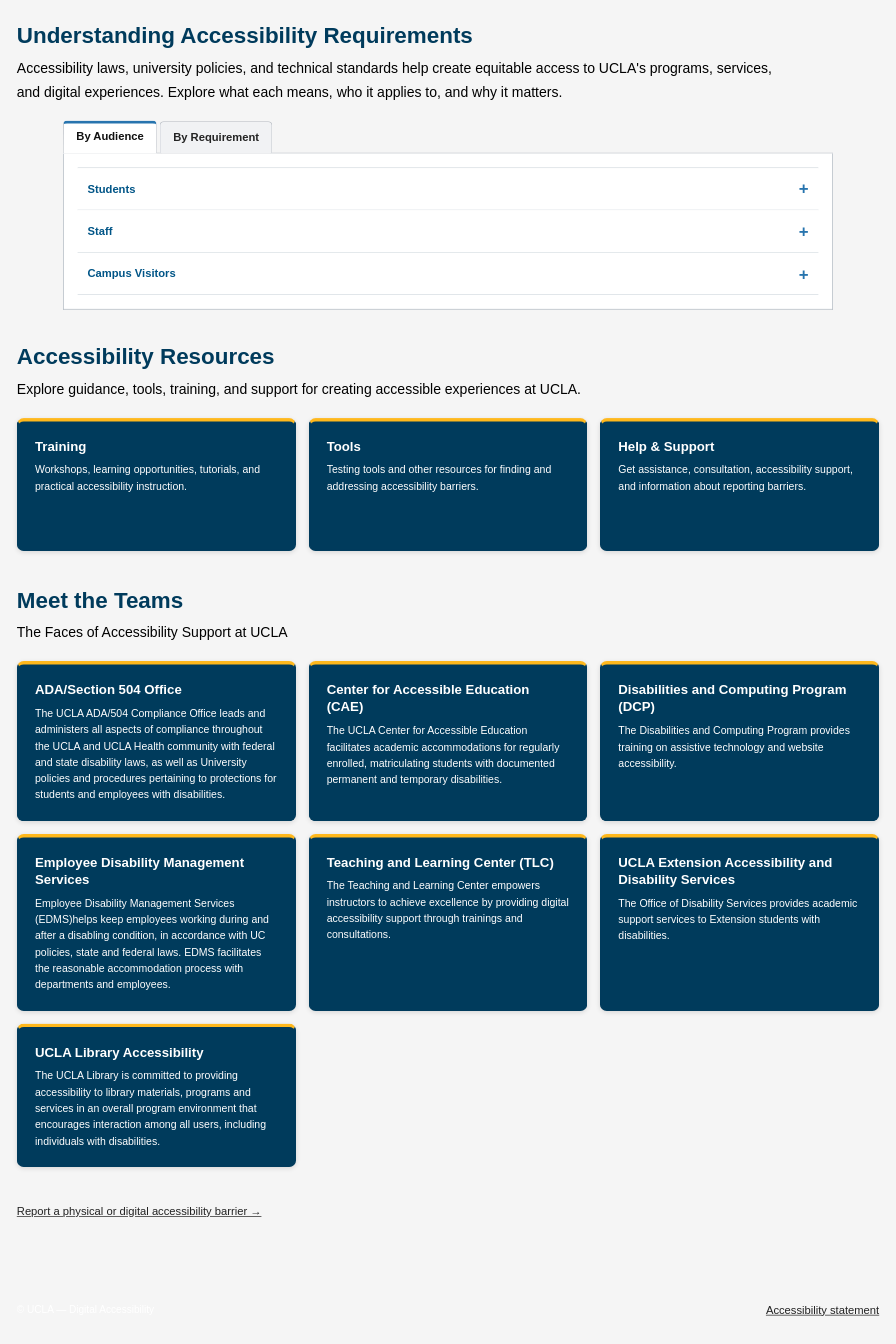
Repository: PSunnywell/UCLA-A11y-barrier-page
Page: index.html
An editor plug-in stored every save of this project. The page is shown before and after the next save, followed by the edit.
The browser window is 1280 px wide. The pictures show the part of the page from y = 695 to 2615 px (the page is 2615 px tall), at 70% of full size.

Above is the page before, as saved 2026-10-13 19:48:57.
Not found: search.js

### index.html
<!DOCTYPE html>
<html lang="en">
<head>
  <meta charset="UTF-8">
  <meta name="viewport" content="width=device-width, initial-scale=1.0">
  <meta name="description" content="Accessibility Resources for UCLA">
  <title>Accessibility Resources</title>
  <link rel="stylesheet" href="styles3.css">
  <style>
    /* Classic attached tabs, styled to match the reference image. */
    .requirements-tabs { max-width: 1100px; margin: 1.5rem auto 3rem; font-family: inherit; }
    .requirements-tablist { display: flex; align-items: flex-end; flex-wrap: wrap; gap: 4px; padding: 0; border-bottom: 1px solid #aeb6bf; }
    .requirements-tab { appearance: none; border: 1px solid #b5bac1; border-bottom: 0; border-radius: 6px 6px 0 0; background: #f1f2f4; color: #242424; font: inherit; font-weight: 600; font-size: 1rem; line-height: 1.3; padding: 12px 18px; margin: 0 0 -1px; cursor: pointer; }
    .requirements-tab[aria-selected="true"] { background: #fff; color: #111; border-top: 4px solid #2774ae; padding-top: 9px; border-bottom: 1px solid #fff; position: relative; z-index: 1; }
    .requirements-tab:hover:not([aria-selected="true"]) { background: #e5edf4; }
    .requirements-tab:focus-visible { outline: 3px solid #005587; outline-offset: 2px; z-index: 2; }
    .requirements-tabs > .requirements-panel { border: 1px solid #aeb6bf; border-top: 0; padding: 20px; background: #fff; }
    /* Simple accordion rows inside each top-level tab. */
    .requirements-accordion { border-bottom: 1px solid #c9d1d8; }
    .requirements-accordion:first-child { border-top: 1px solid #c9d1d8; }
    .requirements-accordion summary { cursor: pointer; list-style: none; display: flex; align-items: center; justify-content: space-between; gap: 1rem; padding: 17px 14px; font-weight: 600; color: #005587; background: #fff; }
    .requirements-accordion summary::-webkit-details-marker { display: none; }
    .requirements-accordion summary::after { content: "+"; font-size: 1.5rem; line-height: 1; color: #2774ae; }
    .requirements-accordion[open] summary::after { content: "−"; }
    .requirements-accordion summary:hover { background: #f3f8fc; }
    .requirements-accordion summary:focus-visible { outline: 3px solid #005587; outline-offset: -3px; }
    .requirements-accordion-content { padding: 0 14px 16px; }
    .requirements-panel[hidden] { display: none; }
    .requirements-panel p { line-height: 1.65; max-width: 72ch; margin: 0 0 .8rem; }
    .requirements-panel h3 { color: #005587; margin: 0 0 .65rem; font-size: 1.2rem; }
    @media (max-width: 600px) { .requirements-tab { padding: 10px 12px; font-size: .9rem; } .requirements-tab[aria-selected="true"] { padding-top: 7px; } .requirements-tabs > .requirements-panel { padding: 14px; } }
  </style>
</head>
<body>
  <a class="skip-link" href="#main-content">Skip to main content</a>

  <header class="site-header">
    <div class="header-inner">
      <a class="site-brand" href="ucla.edu" aria-label="UCLA home">
        <img class="site-brand-logo" src="images/logo_UCLA_blue_boxed.png" alt="UCLA">

      </a>
      <nav class="primary-nav" aria-label="Primary navigation">

        <ul>
          <li><a href="https://newsroom.ucla.edu/">Newsroom</a></li>
          <li><a href="training.html">Training</a></li>
          <li><a href="contact.html">Contact</a></li>
        </ul>
      </nav>
    </div>

    <div class="site-search-row">
      <search class="site-search" role="search">
        <form action="search.html" method="get">
          <label for="site-search-input">Search the site</label>
          <input id="site-search-input" name="q" type="search" placeholder="Search the site" autocomplete="off">
          <button type="submit">Search</button>
        </form>
      </search>
    </div>
  </header>


  <!-- =======================================================
       HERO
       ======================================================= -->

  <section class="hero" aria-labelledby="page-title">

    <div class="hero-inner">

            <h1 id="page-title">
       Building a More Accessible Community
      </h1>

      <p>At UCLA, accessibility is essential to creating a community where everyone feels welcome, respected, and empowered to participate fully.</p>

<p>Guided by our True Bruin Value of Belonging, we strive to build an inclusive environment that recognizes and respects the diverse identities, experiences, and abilities of our campus community. Accessibility goes beyond removing barriers and meeting legal requirements. It is about creating meaningful opportunities for everyone to learn, work, connect, and thrive.</p>

<p>Through our shared commitment to accessibility, we help build a UCLA where everyone has the opportunity to participate, contribute, and belong.</p>


    </div>

  </section>


  <!-- =======================================================
       MAIN
       ======================================================= -->

  <main id="main-content">


    <!-- =====================================================
         PRIMARY RESOURCE CARDS
         ===================================================== -->

    <section aria-labelledby="requirements-heading">

      <div class="section-heading">
        <h2 id="requirements-heading">Understanding Accessibility Requirements</h2>
        <p>Accessibility laws, university policies, and technical standards help create equitable access to UCLA's programs, services, and digital experiences. Explore what each means, who it applies to, and why it matters.</p>
      </div>

      <!-- Two main tabs; each contains three native HTML accordions. -->
      <div class="requirements-tabs">
        <div class="requirements-tablist" role="tablist" aria-label="Browse accessibility requirements">
          <button type="button" class="requirements-tab" id="tab-audience" role="tab" aria-selected="true" aria-controls="panel-audience" tabindex="0">By Audience</button>
          <button type="button" class="requirements-tab" id="tab-requirement" role="tab" aria-selected="false" aria-controls="panel-requirement" tabindex="-1">By Requirement</button>
        </div>

        <div class="requirements-panel" id="panel-audience" role="tabpanel" aria-labelledby="tab-audience" tabindex="0">
          <details class="requirements-accordion">
            <summary>Students</summary>
            <div class="requirements-accordion-content">
              <p>Explore accessibility rights, accommodations, and resources that support participation in courses, campus programs, and university life.</p>
            </div>
          </details>
          <details class="requirements-accordion">
            <summary>Staff</summary>
            <div class="requirements-accordion-content">
              <p>Learn about accessibility responsibilities and support for university workplaces, services, communications, and digital content.</p>
            </div>
          </details>
          <details class="requirements-accordion">
            <summary>Campus Visitors</summary>
            <div class="requirements-accordion-content">
              <p>Find information about access to campus spaces, events, programs, and services when visiting UCLA.</p>
            </div>
          </details>
        </div>
        <div class="requirements-panel" id="panel-requirement" role="tabpanel" aria-labelledby="tab-requirement" tabindex="0" hidden>
          <details class="requirements-accordion">
            <summary>Laws &amp; Regulations</summary>
            <div class="requirements-accordion-content">
              <p>Federal and state requirements, including the ADA and Section 504, establish rights and obligations related to equal access and nondiscrimination.</p>
            </div>
          </details>
          <details class="requirements-accordion">
            <summary>UC Policies</summary>
            <div class="requirements-accordion-content">
              <p>University of California policies describe institutional expectations, responsibilities, and procedures. Check each policy for its scope and applicability.</p>
            </div>
          </details>
          <details class="requirements-accordion">
            <summary>Standards</summary>
            <div class="requirements-accordion-content">
              <p>Technical criteria, such as the Web Content Accessibility Guidelines (WCAG), help teams design and evaluate accessible experiences. Applicable requirements determine which standards are mandatory.</p>
            </div>
          </details>
        </div>
      </div>

      <div class="section-heading">
        <h2 id="resources-heading">Accessibility Resources</h2>
        <p>Explore guidance, tools, training, and support for creating accessible experiences at UCLA.</p>
      </div>

      <div class="card-grid">

        <!-- CARD 1 -->
        <a
          class="resource-card is-dark"
          href="accessible-course-materials1004.html"
        >
          <h3>
           Training
          </h3>

          <p>
             Workshops, learning opportunities, tutorials,
            and practical accessibility instruction.
          </p>
        </a>

        <!-- CARD 2 -->
        <a
          class="resource-card is-dark"
          href="tools.html"
        >
          <h3>
            Tools
          </h3>

          <p>
            Testing tools and other resources for finding
            and addressing accessibility barriers.
          </p>
        </a>

        <!-- CARD 3 -->
        <a
          class="resource-card is-dark"
          href="support.html" >
          <h3>
            Help & Support
          </h3>

          <p>
            Get assistance, consultation, accessibility
            support, and information about reporting barriers.
          </p>
        </a>


      </div>

    </section>
<br>
<br>

    <!-- =====================================================
         FEATURED CONTENT
         ===================================================== -->
 <div class="section-heading">
        <h2 id="resources-heading">Meet the Teams</h2>
        <p>The Faces of Accessibility Support at UCLA</p>
      </div>

      <div class="card-grid">

        <!-- CARD 0 -->
        <a
          class="resource-card is-dark"
          href="ADA.html"
        >
          <h3>
          ADA/Section 504 Office
          </h3>

          <p>
            The UCLA ADA/504 Compliance Office leads and administers all aspects of compliance throughout the UCLA and UCLA Health community with federal and state disability laws, as well as University policies and procedures pertaining to protections for students and employees with disabilities.
          </p>
        </a>


        <!-- CARD 1 -->
        <a
          class="resource-card is-dark"
          href="cae.html"
        >
          <h3>
           Center for Accessible Education (CAE)
          </h3>

          <p>
            The UCLA Center for Accessible Education facilitates academic accommodations for regularly enrolled, matriculating students with documented permanent and temporary disabilities.
          </p>
        </a>

        <!-- CARD 2 -->
        <a
          class="resource-card is-dark"
          href="dcp.html"
        >
          <h3>
           Disabilities and Computing Program (DCP)
          </h3>

          <p>
           The Disabilities and Computing Program provides training on assistive technology and website accessibility.
          </p>
        </a>

   <!-- CARD 3 -->
        <a
          class="resource-card is-dark"
          href="edms.html" >
          <h3>Employee Disability Management Services
          </h3>

          <p>
            Employee Disability Management Services (EDMS)helps keep employees working during and after a disabling condition, in accordance with UC policies, state and federal laws. EDMS facilitates the reasonable accommodation process with departments and employees.
          </p>
        </a>

         <!-- CARD 4 -->
        <a
          class="resource-card is-dark"
          href="TLC.html" >
          <h3>Teaching and Learning Center (TLC)
          </h3>

          <p>
            The Teaching and Learning Center empowers instructors to achieve excellence by providing digital accessibility support through trainings and consultations.
          </p>
        </a>

         <!-- CARD 5 -->
        <a
          class="resource-card is-dark"
          href="ext.html" >
          <h3>UCLA Extension Accessibility and Disability Services
          </h3>

          <p>
            The Office of Disability Services provides academic support services to Extension students with disabilities.
          </p>
        </a>

        <!-- CARD 6 -->
        <a
          class="resource-card is-dark"
          href="library.html" >
          <h3>
            UCLA Library Accessibility
          </h3>

          <p>
            The UCLA Library is committed to providing accessibility to library materials, programs and services in an overall program environment that encourages interaction among all users, including individuals with disabilities.
          </p>
        </a>

      </div>

    </section>
<br>
<br>

    <!-- =====================================================
         QUICK LINKS
         ===================================================== -->

    <section aria-labelledby="quick-heading">

      <div class="report">

        <a
          class="report"
          href="report-barrier.html"
        >
          Report a physical or digital accessibility barrier →
        </a>

      </div>

    </section>

  </main>


  <!-- =======================================================
       FOOTER
       ======================================================= -->

  <footer>

    <div class="footer-inner">

      <p>
        © UCLA — Digital Accessibility
      </p>

      <a
        class="footer-link"
        href="accessibility.html"
      >
        Accessibility statement
      </a>

    </div>

  </footer>

<script src="search.js" defer></script>
  <script>
    // Accessible keyboard navigation for the two main tabs.
    document.querySelectorAll('.requirements-tablist').forEach(tablist => {
      const tabs = Array.from(tablist.querySelectorAll(':scope > [role="tab"]'));
      function activate(tab, moveFocus = false) {
        tabs.forEach(item => {
          const selected = item === tab;
          item.setAttribute('aria-selected', String(selected));
          item.tabIndex = selected ? 0 : -1;
          document.getElementById(item.getAttribute('aria-controls')).hidden = !selected;
        });
        if (moveFocus) tab.focus();
      }
      tabs.forEach((tab, index) => {
        tab.addEventListener('click', () => activate(tab));
        tab.addEventListener('keydown', event => {
          let next;
          if (event.key === 'ArrowRight') next = (index + 1) % tabs.length;
          else if (event.key === 'ArrowLeft') next = (index - 1 + tabs.length) % tabs.length;
          else if (event.key === 'Home') next = 0;
          else if (event.key === 'End') next = tabs.length - 1;
          else return;
          event.preventDefault();
          activate(tabs[next], true);
        });
      });
    });
  </script>
</body>
</html>

Loaded but not shown: styles3.css (389 lines, source omitted)

After the next save:
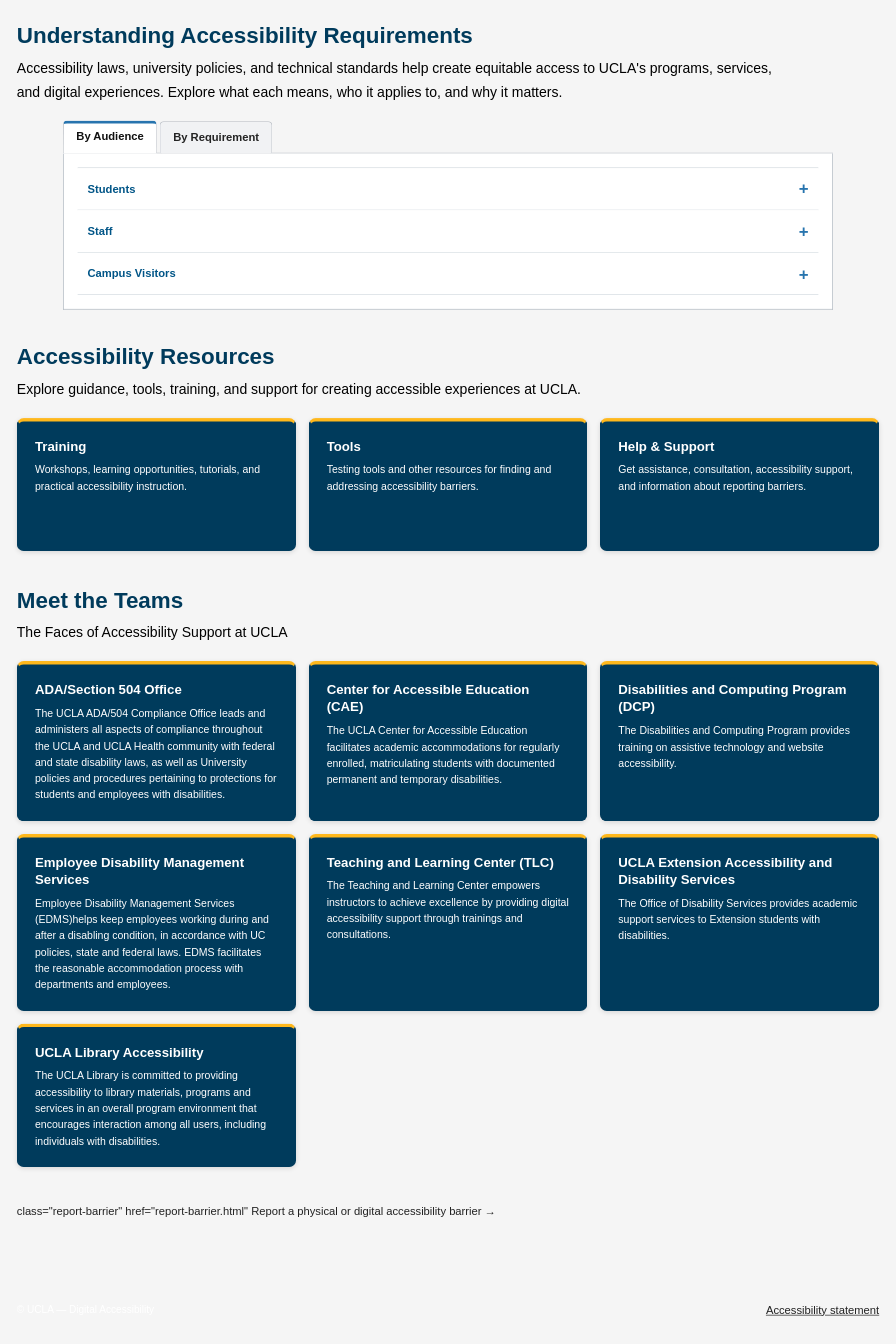
Saved 2 min 20 s later.
--- a/index.html
+++ b/index.html
@@ -320,17 +320,17 @@
 <br>
 
     <!-- =====================================================
-         QUICK LINKS
+        REPORT BARRIER
          ===================================================== -->
 
-    <section aria-labelledby="quick-heading">
-
-      <div class="report">
-
-        <a
-          class="report"
+    <section aria-labelledby="report-barrier"
+
+      <div class="report-barrier">
+
+        <a>
+          class="report-barrier"
           href="report-barrier.html"
-        >
+
           Report a physical or digital accessibility barrier →
         </a>
 
